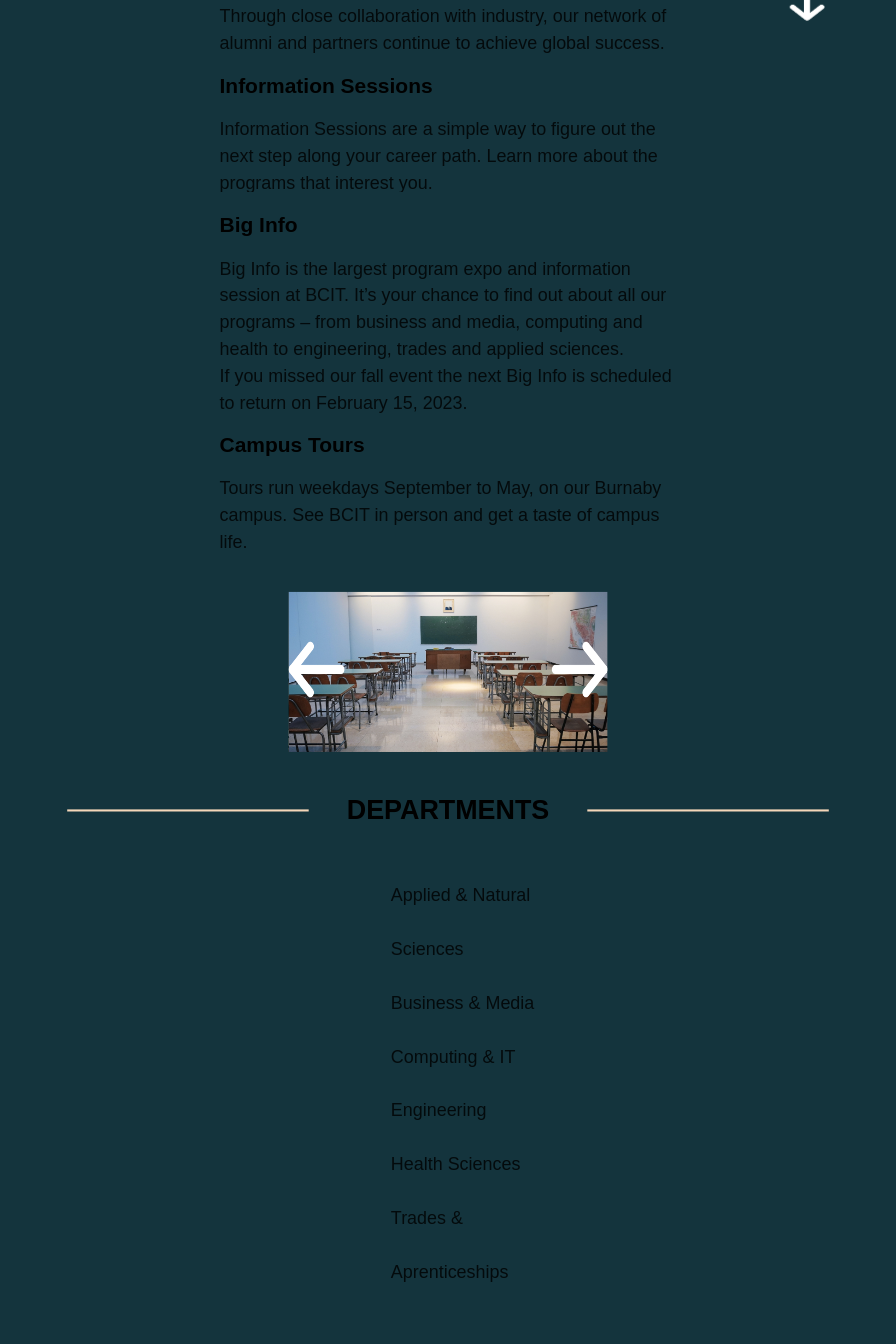
Repository: Kinakopan/playwright_bcit
Page: /about
These files come from the project's save history. The page is drawn as it stood at one moment and after the next save; the edit follows.
The browser window is 1280 px wide. The pictures show the part of the page from y = 635 to 2555 px (the page is 2586 px tall), at 70% of full size.
Some web fonts or font styles are not loaded; a fallback is used. The project was rebuilt for these pictures with package versions that can differ from the ones it lists, and the page was loaded fresh each time. The framework's server and built-in components were replaced by stand-ins that run in the browser. Also part of the build but not shown: next.config.js.

Above is the page before, as saved 2023-01-28 13:41:59.

### pages/_app.js
// import '@/styles/globals.css'
import '../styles/globals.css'
import '../styles/variables.css'
import Head from 'next/head'

export default function App({ Component, pageProps }) {
  return (
    <>
      <Head>
        <title>Example #1</title>
        <meta name="description" content="Generated by create next app" />
        <meta name="viewport" content="width=device-width, initial-scale=1" />
        <link href="https://fonts.googleapis.com/css2?family=Myriad+Pro:wght@100;400;700&display=swap" rel="stylesheet" />
        <link rel="icon" href="/favicon.ico" />
      </Head>
      <Component {...pageProps} />
    </>
  )
}

### styles/variables.css
:root {
  --primary-color: |#fff;
  --secondary-color: #F4D6B9;
  --ternary-color: #7796A4;
  --quaternary-color: #14343D;
  --quinary-color: rgba(16,46,53,0.5);
}

### styles/Home.module.css
@import '/styles/variables.css';

.main {
  display: flex;
  flex-direction: column;
  justify-content: space-between;
  align-items: center;
  padding: 6rem;
  min-height: 100vh;
}

.description {
  display: inherit;
  justify-content: inherit;
  align-items: inherit;
  font-size: 0.85rem;
  max-width: var(--max-width);
  width: 100%;
  z-index: 2;
  font-family: var(--font-mono);
}

.description a {
  display: flex;
  justify-content: center;
  align-items: center;
  gap: 0.5rem;
}

.description p {
  position: relative;
  margin: 0;
  padding: 1rem;
  background-color: rgba(var(--callout-rgb), 0.5);
  border: 1px solid rgba(var(--callout-border-rgb), 0.3);
  border-radius: var(--border-radius);
}

.code {
  font-weight: 700;
  font-family: var(--font-mono);
}

.grid {
  display: grid;
  grid-template-columns: repeat(4, minmax(25%, auto));
  width: var(--max-width);
  max-width: 100%;
}

.card {
  padding: 1rem 1.2rem;
  border-radius: var(--border-radius);
  background: rgba(var(--card-rgb), 0);
  border: 1px solid rgba(var(--card-border-rgb), 0);
  transition: background 200ms, border 200ms;
}

.card span {
  display: inline-block;
  transition: transform 200ms;
}

.card h2 {
  font-weight: 600;
  margin-bottom: 0.7rem;
}

.card p {
  margin: 0;
  opacity: 0.6;
  font-size: 0.9rem;
  line-height: 1.5;
  max-width: 30ch;
}

.center {
  display: flex;
  justify-content: center;
  align-items: center;
  position: relative;
  padding: 4rem 0;
}

.center::before {
  background: var(--secondary-glow);
  border-radius: 50%;
  width: 480px;
  height: 360px;
  margin-left: -400px;
}

.center::after {
  background: var(--primary-glow);
  width: 240px;
  height: 180px;
  z-index: -1;
}

.center::before,
.center::after {
  content: '';
  left: 50%;
  position: absolute;
  filter: blur(45px);
  transform: translateZ(0);
}

.logo,
.thirteen {
  position: relative;
}

.thirteen {
  display: flex;
  justify-content: center;
  align-items: center;
  width: 75px;
  height: 75px;
  padding: 25px 10px;
  margin-left: 16px;
  transform: translateZ(0);
  border-radius: var(--border-radius);
  overflow: hidden;
  box-shadow: 0px 2px 8px -1px #0000001a;
}

.thirteen::before,
.thirteen::after {
  content: '';
  position: absolute;
  z-index: -1;
}

/* Conic Gradient Animation */
.thirteen::before {
  animation: 6s rotate linear infinite;
  width: 200%;
  height: 200%;
  background: var(--tile-border);
}

/* Inner Square */
.thirteen::after {
  inset: 0;
  padding: 1px;
  border-radius: var(--border-radius);
  background: linear-gradient(
    to bottom right,
    rgba(var(--tile-start-rgb), 1),
    rgba(var(--tile-end-rgb), 1)
  );
  background-clip: content-box;
}

/* Enable hover only on non-touch devices */
@media (hover: hover) and (pointer: fine) {
  .card:hover {
    background: rgba(var(--card-rgb), 0.1);
    border: 1px solid rgba(var(--card-border-rgb), 0.15);
  }

  .card:hover span {
    transform: translateX(4px);
  }
}

@media (prefers-reduced-motion) {
  .thirteen::before {
    animation: none;
  }

  .card:hover span {
    transform: none;
  }
}

/* Mobile */
@media (max-width: 700px) {
  .content {
    padding: 4rem;
  }

  .grid {
    grid-template-columns: 1fr;
    margin-bottom: 120px;
    max-width: 320px;
    text-align: center;
  }

  .card {
    padding: 1rem 2.5rem;
  }

  .card h2 {
    margin-bottom: 0.5rem;
  }

  .center {
    padding: 8rem 0 6rem;
  }

  .center::before {
    transform: none;
    height: 300px;
  }

  .description {
    font-size: 0.8rem;
  }

  .description a {
    padding: 1rem;
  }

  .description p,
  .description div {
    display: flex;
    justify-content: center;
    position: fixed;
    width: 100%;
  }

  .description p {
    align-items: center;
    inset: 0 0 auto;
    padding: 2rem 1rem 1.4rem;
    border-radius: 0;
    border: none;
    border-bottom: 1px solid rgba(var(--callout-border-rgb), 0.25);
    background: linear-gradient(
      to bottom,
      rgba(var(--background-start-rgb), 1),
      rgba(var(--callout-rgb), 0.5)
    );
    background-clip: padding-box;
    backdrop-filter: blur(24px);
  }

  .description div {
    align-items: flex-end;
    pointer-events: none;
    inset: auto 0 0;
    padding: 2rem;
    height: 200px;
    background: linear-gradient(
      to bottom,
      transparent 0%,
      rgb(var(--background-end-rgb)) 40%
    );
    z-index: 1;
  }
}

/* Tablet and Smaller Desktop */
@media (min-width: 701px) and (max-width: 1120px) {
  .grid {
    grid-template-columns: repeat(2, 50%);
  }
}

@media (prefers-color-scheme: dark) {
  .vercelLogo {
    filter: invert(1);
  }

  .logo,
  .thirteen img {
    filter: invert(1) drop-shadow(0 0 0.3rem #ffffff70);
  }
}

@keyframes rotate {
  from {
    transform: rotate(360deg);
  }
  to {
    transform: rotate(0deg);
  }
}



/*****************************
******************************
            AUTHOR
******************************
*****************************/

/*============================
    From here - Common Style
============================*/
/* From here - components/navbar.js */
.nav {
  display: flex;
  flex-direction: row;
  justify-content: space-between;
  width: 100%;
  padding: 3% 8% 0 8%;
}

.burgar,
.hat {
  width: fit-content;
}

/* From here - components/arrow.js */
.arrowBox {
  flex: 1;
  display: flex;
  flex-direction: column;
  justify-content: space-between;
  align-items: flex-end;
  position: fixed;
  width: fit-content;
  height: 12%;
  right: 8%;
  bottom: 10%;
}

.arrowBox * {
  background: transparent;
  border: none;
}

/* From here - general */
.body_home,
.body_about,
.body_contact,
.wrapper {
  display: flex;
  flex-direction: column;
  width: 100vw;
}

.body_home,
.body_about,
.body_contact {
  /* font-size: 62.5%; */
  background-size: cover;
  background-position: center;
  background-repeat: no-repeat;
  line-height: 1.5;
  font-family: 'Myriad Pro', sans-serif;
  font-weight: 100;
  text-align: left;
}

.wrapper {
  font-size: 1.6rem;
  background-size: cover;
}

.main {
  display: flex;
  width: 100%;
}

/* .text_heading_h1 {

}

.text_heading_h2 {

} */
/*============================
    From here - Home Page
============================*/
.body_home {
  height: 100vh;
  overflow: hidden;
}

.body_home .main {
  flex-direction: row;
  justify-content: flex-start;
  align-items: flex-end;
  padding: 0 0 12% 21%;
}

.body_home .cont_main {
  display: flex;
  flex-direction: column;
  width: 48%;
}

.body_home .cont_main * {
  color: var(--primary-color);
}

.body_home .text_heading1 {
  font-family: 'Myriad Pro', sans-serif;
  /* font-size: 3.6rem; */
  font-size: 220%;
  line-height: 1.3;
  padding-bottom: 3%;
  margin-bottom: 3%;
  border-bottom: 4px solid;
  border-image: linear-gradient(to right, rgba(244,214,185,1) 0%, rgba(244,214,185,1) 69%, rgba(244,214,185,0) 69%, rgba(244,214,185,0) 100%) 1;
}

.body_home .text_body,
.body_home .box_btn * {
  opacity: .9;
}

.body_home .box_btn {
  display: flex;
  flex-direction: row;
}

.body_home .box_btn * {
  font-size: 1.4rem;
  background: transparent;
  padding: .3% 3%;
  border: 3px solid;
  border-color: var(--primary-color);
  border-radius: 10px;
  margin: 3% 2.5% 0 0;
}

.body_home .btn_about:hover {
  color: transparent;
  background: white;
}

/*============================
    From here - About Page
============================*/
.body_about {
  background: var(--quaternary-color);
}

/* .body_about .main {

} */

.body_about .text_heading1 {
  display: flex;
  align-items: center;
  width: 100%;
  padding: 5% 0;
}

.body_about .text_heading1:before,
.body_about .text_heading1:after {
  content: "";
  height: 3px;
  flex-grow: 1;
  background: var(--secondary-color);
}

.body_about .text_heading1:before {
  margin-right: 5%;
}

.body_about .text_heading1:after {
  margin-left: 5%;
}

.body_about .cont_section1,
.body_about .cont_section2 {
  display: flex;
  flex-direction: column;
  justify-content: flex-start;
  width: 60%;
}
.body_about .cont_section2 {
  width: 25%;
  padding-left: 5%;
}

.body_about .text_heading2,
.body_about .text_body {
  margin-bottom: 3%;
}

.body_about .text_heading2 {
  justify-content: flex-start;
}

.body_about .text_body,
.body_about .box_list *  {
  opacity: .8;
}

.body_about .box_list * {
  list-style: none;
  line-height: 3;
}

/* Carousel */
.cont_carousel {
  display: flex;
  align-self: center;
  width: 70%;
  margin-top: 5%;
  padding-top: 35%;
  overflow: hidden;
  position: relative;
}

.carousel_wrapper {
  /* display: flex; */
  width: 100%;
  height: 100%;
  position: absolute;
  top: 0;
  left: 0;
}

.slide {
  width: 100%;
  height: 100%;
  background-size: cover;
  background-position: top center;
}

.slide:not(.active) {
  display: none;
}

/* "Previous" and "Next" buttons */
.prevBtn, .nextBtn {
  position: absolute;
  top: 50%;
  transform: translateY(-50%);
  font-size: 2rem;
  cursor: pointer;
  border: none;
  background: transparent;
}

.prevBtn {
  left: 0;
}

.nextBtn {
  right: 0;
}


/* Carousel */
/* @keyframes tonext {
  75% {
    left: 0;
  }
  95% {
    left: 100%;
  }
  98% {
    left: 100%;
  }
  99% {
    left: 0;
  }
}

@keyframes tostart {
  75% {
    left: 0;
  }
  95% {
    left: -300%;
  }
  98% {
    left: -300%;
  }
  99% {
    left: 0;
  }
}

@keyframes snap {
  96% {
    scroll-snap-align: center;
  }
  97% {
    scroll-snap-align: none;
  }
  99% {
    scroll-snap-align: none;
  }
  100% {
    scroll-snap-align: center;
  }
}

.main {
  max-width: 37.5rem;
  margin: 0 auto;
  padding: 0 1.25rem;
  font-family: 'Lato', sans-serif;
}

.main * {
  box-sizing: border-box;
  scrollbar-color: transparent transparent;
  scrollbar-width: 0px;
}

.main *::-webkit-scrollbar {
  width: 0;
}

.main *::-webkit-scrollbar-track {
  background: transparent;
}

.main *::-webkit-scrollbar-thumb {
  background: transparent;
  border: none;
}

.main * {
  -ms-overflow-style: none;
}


.carousel__viewport,
.carousel__navigation_list,
.carousel__slide,
.carousel__navigation_item {
  list-style: none;
  margin: 0;
  padding: 0;
}

.carousel {
  position: relative;
  padding-top: 75%;
  filter: drop-shadow(0 0 10px #0003);
  perspective: 100px;
}

.carousel__viewport {
  position: absolute;
  top: 0;
  right: 0;
  bottom: 0;
  left: 0;
  display: flex;
  overflow-x: scroll;
  counter-reset: item;
  scroll-behavior: smooth;
  scroll-snap-type: x mandatory;
}

.carousel__slide {
  position: relative;
  flex: 0 0 100%;
  width: 100%;
  background-color: #f99;
  counter-increment: item;
}

.carousel__slide:nth-child(even) {
  background-color: #99f;
}

.carousel__slide:before {
  content: counter(item);
  position: absolute;
  top: 50%;
  left: 50%;
  transform: translate3d(-50%,-40%,70px);
  color: #fff;
  font-size: 2em;
}

.carousel__snapper {
  position: absolute;
  top: 0;
  left: 0;
  width: 100%;
  height: 100%;
  scroll-snap-align: center;
}

@media (hover: hover) {
  .carousel__snapper {
    animation-name: tonext, snap;
    animation-timing-function: ease;
    animation-duration: 4s;
    animation-iteration-count: infinite;
  }

  .carousel__slide:last-child .carousel__snapper {
    animation-name: tostart, snap;
  }
}

@media (prefers-reduced-motion: reduce) {
  .carousel__snapper {
    animation-name: none;
  }
}

.carousel:hover .carousel__snapper,
.carousel:focus-within .carousel__snapper {
  animation-name: none;
}

.carousel__navigation {
  position: absolute;
  right: 0;
  bottom: 0;
  left: 0;
  text-align: center;
}

.carousel__navigation_list,
.carousel__navigation_item {
  display: inline-block;
}

.carousel__navigation-button {
  display: inline-block;
  width: 1.5rem;
  height: 1.5rem;
  background-color: #333;
  background-clip: content-box;
  border: 0.25rem solid transparent;
  border-radius: 50%;
  font-size: 0;
  transition: transform 0.1s;
}

.carousel::before,
.carousel::after,
.carousel__prev,
.carousel__next {
  position: absolute;
  top: 0;
  margin-top: 37.5%;
  width: 4rem;
  height: 4rem;
  transform: translateY(-50%);
  border-radius: 50%;
  font-size: 0;
  outline: 0;
}

.carousel::before,
.carousel__prev {
  left: -1rem;
}

.carousel::after,
.carousel__next {
  right: -1rem;
}

.carousel::before,
.carousel::after {
  content: '';
  z-index: 1;
  background-color: #333;
  background-size: 1.5rem 1.5rem;
  background-repeat: no-repeat;
  background-position: center center;
  color: #fff;
  font-size: 2.5rem;
  line-height: 4rem;
  text-align: center;
  pointer-events: none;
}

.carousel::before {
  background-image: url("data:[embedded picture, 149 characters]");
}

.carousel::after {
  background-image: url("data:[embedded picture, 151 characters]");
} */


/*============================
    From here - Contact Page
============================*/

### components/arrow.js
import Image from 'next/image';
import styles from '@/styles/Home.module.css';

export default function Arrow() {
  return (
    <div className={styles.arrowBox}>
      <button
        className={styles.arrowDown}
        onClick={() => setUpArrowClicked(true)}
      >
        <Image
          src='/icons/upwardArrow.png'
          alt="Upward arrow icon"
          width={50}
          height={50}
        />
      </button>

      <button
        className={styles.arrowDown}
        onClick={() => setDownArrowClicked(true)}
      >
        <Image
          src='/icons/downwardArrow.png'
          alt="Downward arrow icon"
          width={50}
          height={50}
        />
      </button>
    </div>
  )
}

### components/navbar.js
import Image from 'next/image';
import styles from '@/styles/Home.module.css';

export default function Navbar() {
  return (
    <nav className={styles.nav}>
      <Image
        className={styles.burgar}
        src='/icons/menu-icon.png'
        alt="menu icon"
        width={50}
        height={50}
      />
      <Image
        className={styles.hat}
        src='/icons/graduation-hat.png'
        alt="Graduation hat icon"
        width={50}
        height={50}
      />
    </nav>
  )
}

### components/carousel.js
import React, { useState } from 'react'
import styles from "@/styles/Home.module.css";
import Image from 'next/image'

const MyCarousel = () => {
  const [currentSlide, setCurrentSlide] = useState(0)
  const images = [
      '/carousel-images/0.jpg',
      '/carousel-images/1.jpg',
      '/carousel-images/2.jpg',
      '/carousel-images/3.jpg',
      '/carousel-images/4.jpg',
  ]
  const texts = [
      'Achieve Excellence',
      'Embrace Innovation',
      'Champion Diversity',
      'Pursue Collaboration',
      'Engage With Respect',
  ]

  return (
      <div className={styles.cont_carousel}>
        <div className={styles.carousel_wrapper}>
          {images.map((image, index) => (
            <div
              key={index}
              className={`${styles.slide} ${currentSlide === index ? styles.active : ''}`}
              style={{
                backgroundImage: `url(${image})`
              }}
            />
          ))}
          <p className={styles.carousel_text}>

          </p>
          <button
            className={styles.prevBtn}
            onClick={() => setCurrentSlide((currentSlide - 1 + images.length) % images.length)}
            >
            <Image
              src="/icons/leftArrow.png"
              alt="Arrow icon to show the previous slide"
              width={80}
              height={80}
            />
          </button>
          <button
            className={styles.nextBtn}
            onClick={() => setCurrentSlide((currentSlide + 1) % images.length)}
            >
            <Image
              src="/icons/rightArrow.png"
              alt="Arrow icon to show the next slide"
              width={80}
              height={80}
            />
          </button>
        </div>
      </div>
  )
}

export default MyCarousel

Loaded but not shown: pages/_document.js (common file); styles/globals.css (common file); pages/about.js (188 lines, source omitted)

After the next save:
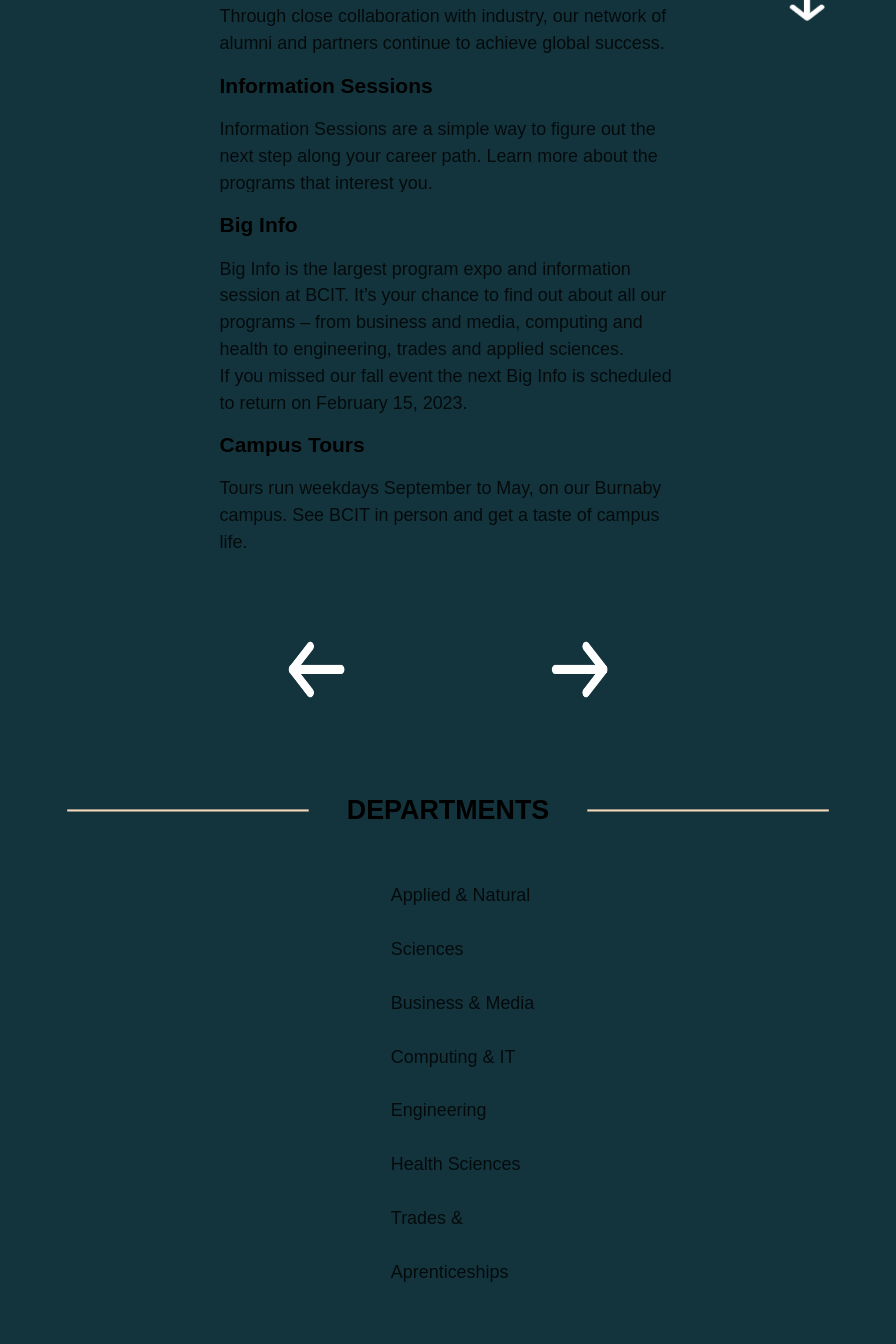
Saved 14 s later.
--- a/components/carousel.js
+++ b/components/carousel.js
@@ -25,7 +25,7 @@ const MyCarousel = () => {
           {images.map((image, index) => (
             <div
               key={index}
-              className={`${styles.slide} ${currentSlide === index ? styles.active : ''}`}
+              className={`${styles.carousel_slide} ${currentSlide === index ? styles.active : ''}`}
               style={{
                 backgroundImage: `url(${image})`
               }}
